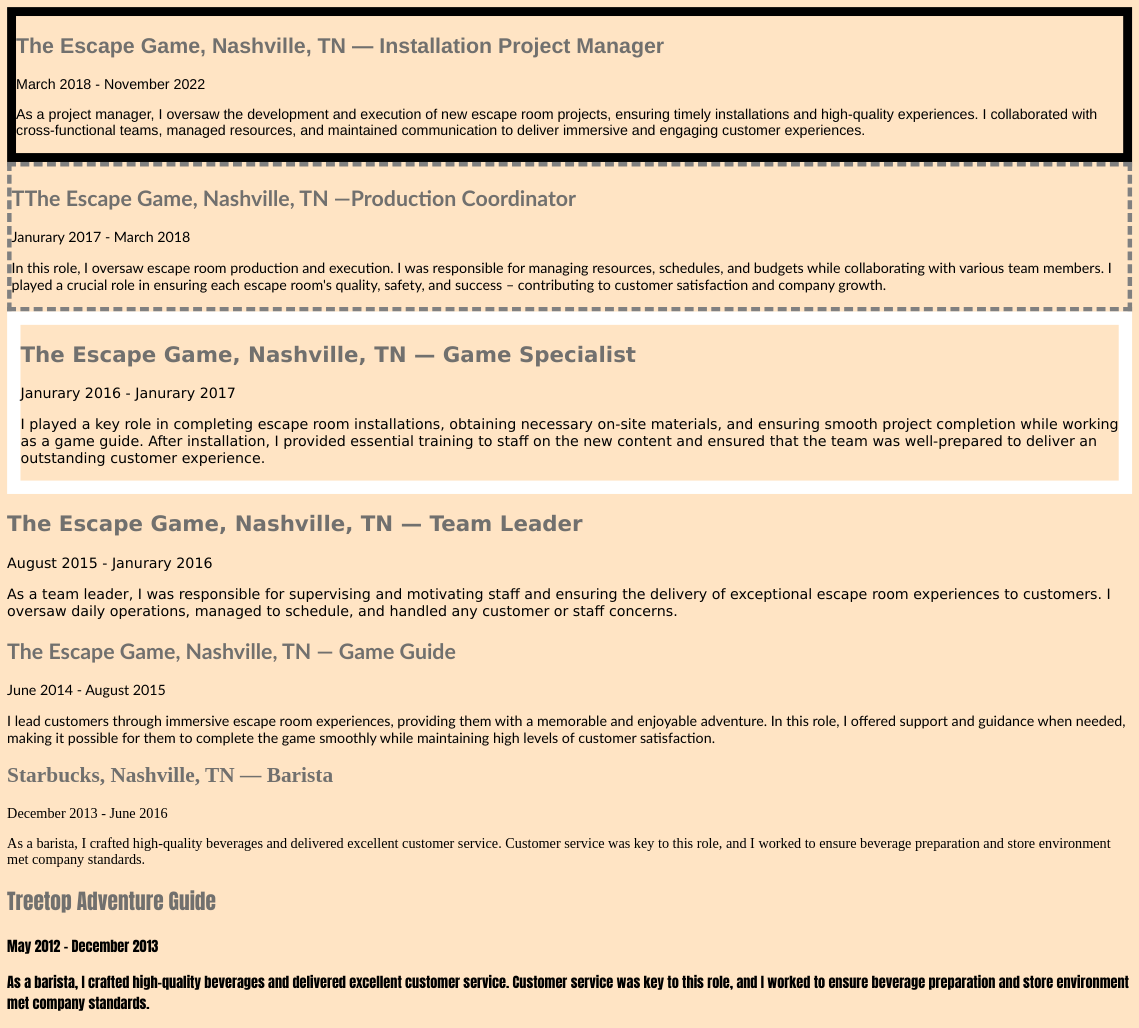
Repository: jgramirez0210/LAB-HTML-Resume
Page: index.html
These files come from the project's save history. The page is drawn as it stood at one moment and after a run of saves; the edit follows.
The browser window is 1280 px wide. The pictures show the whole page, at 89% of full size.

Above is the page before, as saved 2023-10-10 15:37:08.

After the next 4 saves:
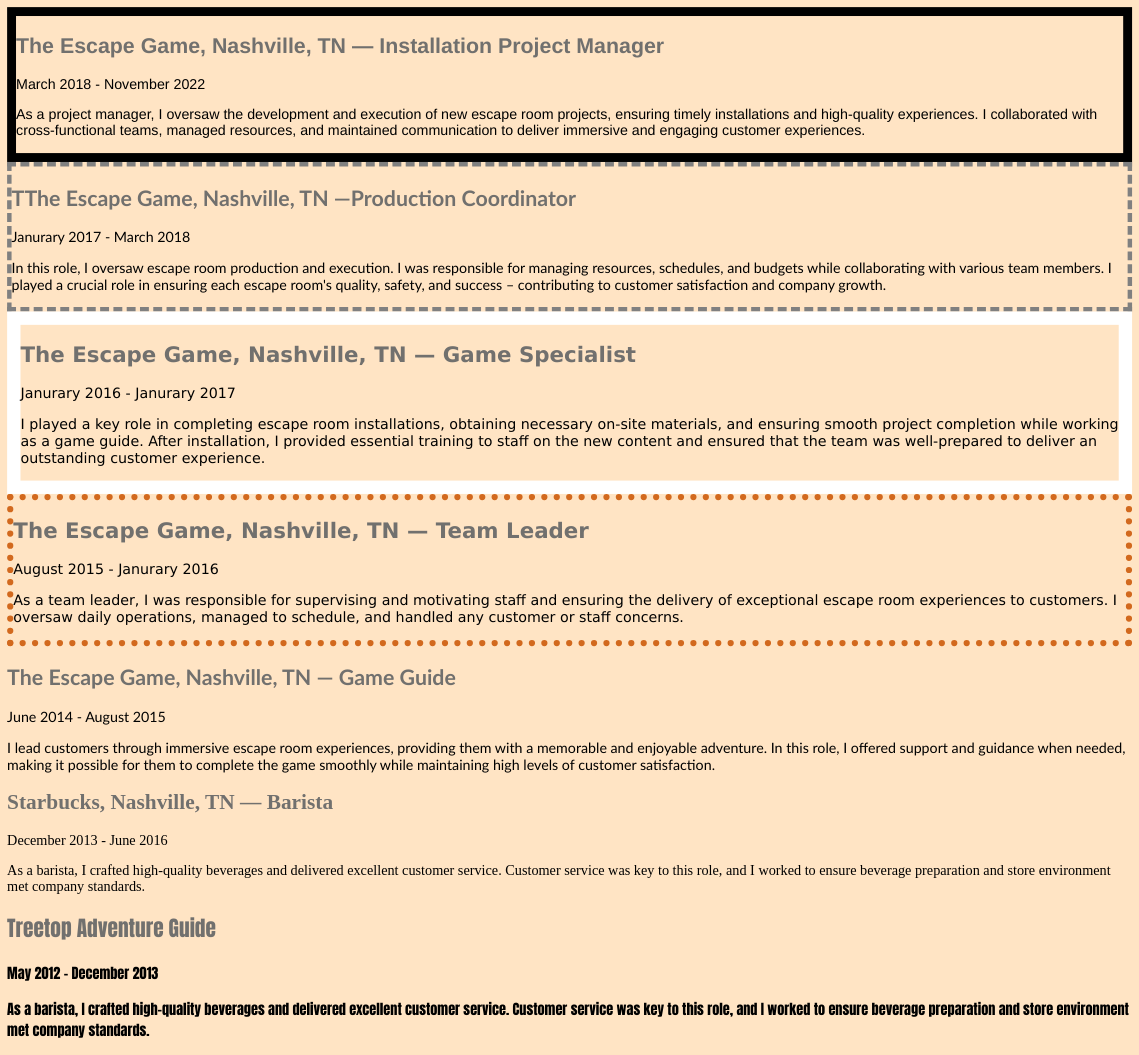
The 4 saves are shown as one change because they came seconds apart.
The last was saved 12 s later.
--- a/main.css
+++ b/main.css
@@ -12,7 +12,7 @@
 }
 #job4 {
   font-family:Verdana, Geneva, Tahoma, sans-serif;
-  border: 7px dotted char
+  border: 7px dotted chocolate;
 }
 #job3 {
   font-family:'Trebuchet MS', 'Lucida Sans Unicode', 'Lucida Grande', 'Lucida Sans', Arial, sans-serif;
